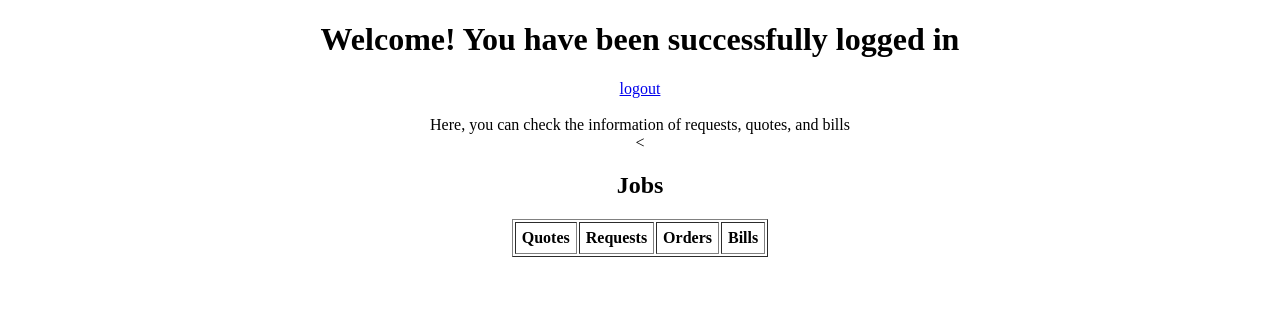
Repository: Sahithkonuganti/DatabaseProject
Page: http://localhost/database/clientpage.jsp
An editor plug-in stored every save of this project. The page is shown before and after the next save, followed by the edit.
The browser window is 1280 px wide. The pictures show the whole page.
The page is served by Tomcat 9.

Above is the page before, as saved 2023-10-28 14:27:07.

After the next save:
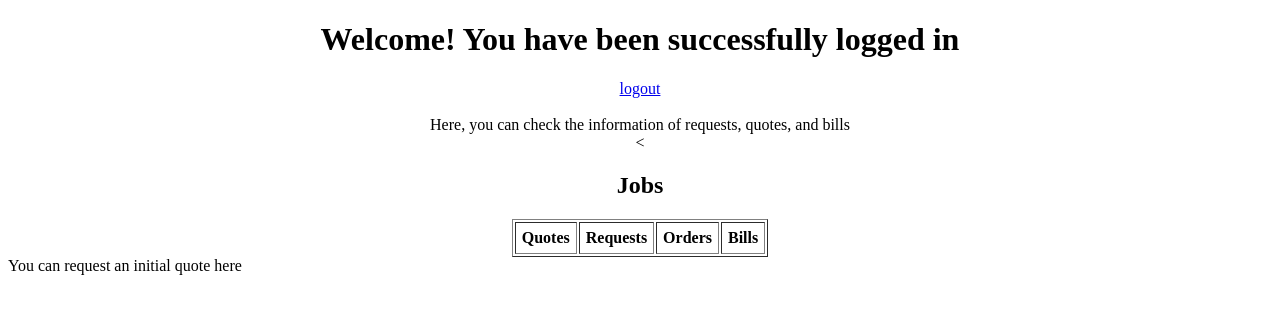
Saved 54 min 28 s later.
--- a/database/WebContent/clientpage.jsp
+++ b/database/WebContent/clientpage.jsp
@@ -27,5 +27,6 @@
 			</table>
 		</div>
 		</center>
+		<a>You can request an initial quote here</a>
 	</body>
 	</html>
